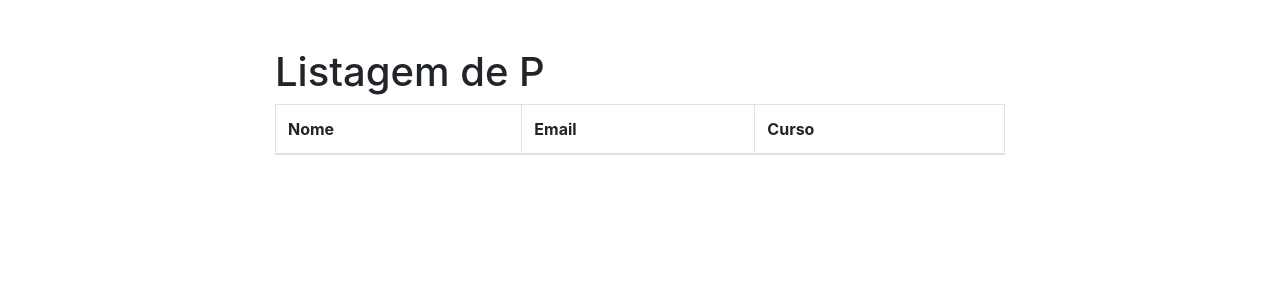
Repository: IrisRPerrorni/APIFullstackGerenciamentoEscolar
Page: Front/pagina_professor.html
The author's editor kept a copy of each file at every save. The page is drawn from the files as they stood at one save, then again after the next save.
The browser window is 1280 px wide. The pictures show the whole page.
The page's requests for data from a server got no answer. Some web libraries are served in a nearby version.

Above is the page before, as saved 2023-09-26 11:28:47.

### Front/pagina_professor.html
<!DOCTYPE html>
<html lang="en">
<head>
    <meta charset="UTF-8">
    <meta name="viewport" content="width=device-width, initial-scale=1.0">
    <title>Listagem de Alunos</title>
    <link href="https://maxcdn.bootstrapcdn.com/bootstrap/4.5.2/css/bootstrap.min.css" rel="stylesheet">
</head>
<body>

<div class="container mt-5">
    <div class="row justify-content-center">
        <div class="col-md-8">
            <h1>Listagem de P</h1>
            <table class="table table-bordered table-striped">
                <thead>
                    <tr>
                        <th>Nome</th>
                        <th>Email</th>
                        <th>Curso</th>
                    </tr>
                </thead>
                <tbody id="alunosTable">
                </tbody>
            </table>
        </div>
    </div>
</div>

<script src="https://code.jquery.com/jquery-3.5.1.slim.min.js"></script>
<script src="https://cdn.jsdelivr.net/npm/@popperjs/core@2.5.3/dist/umd/popper.min.js"></script>
<script src="https://maxcdn.bootstrapcdn.com/bootstrap/4.5.2/js/bootstrap.min.js"></script>

<script>


    fetch('http://localhost:8080/alunos')
        .then(response => response.json())
        .then(async data => {
            const alunosTable = document.getElementById('alunosTable');
            for (const aluno of data) {
                const row = document.createElement('tr');
                const alunoNome = aluno.nome;
                const alunoEmail = aluno.email;
                const alunoCurso= aluno.nome_curso;

                row.innerHTML = `
                    <td>${alunoNome}</td>
                    <td>${alunoEmail}</td>
                    <td>${alunoCurso}</td>
                `;
                alunosTable.appendChild(row);
            }
        })
        .catch(error => {
            console.error('Erro ao buscar dados da API:', error);
        });
</script>

</body>
</html>

After the next save:
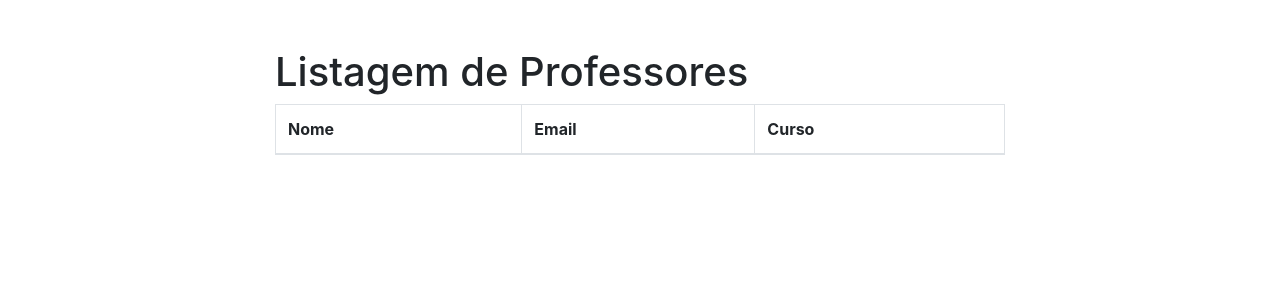
Saved 4 s later.
--- a/Front/pagina_professor.html
+++ b/Front/pagina_professor.html
@@ -11,7 +11,7 @@
 <div class="container mt-5">
     <div class="row justify-content-center">
         <div class="col-md-8">
-            <h1>Listagem de P</h1>
+            <h1>Listagem de Professores</h1>
             <table class="table table-bordered table-striped">
                 <thead>
                     <tr>
